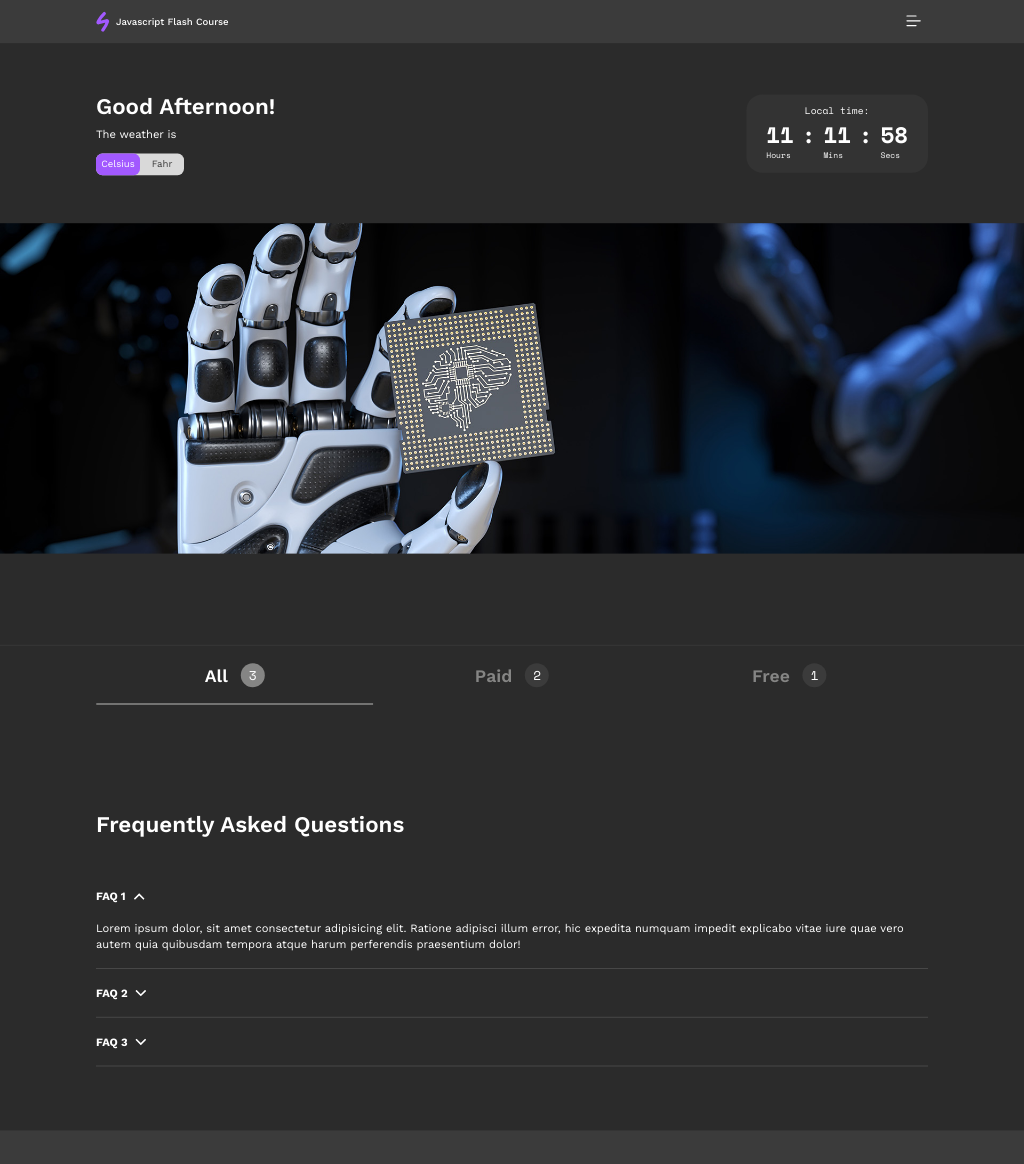
Repository: GettieSirma/JAVASCRIPT-TEST
Page: index.html
An editor plug-in stored every save of this project. The page is shown before and after the next save, followed by the edit.
The browser window is 1280 px wide. The pictures show the whole page, at 80% of full size.

Above is the page before, as saved 2024-04-24 12:10:38.

### index.html
<!DOCTYPE html>
<html lang="en">

<head>
    <meta charset="UTF-8" />
    <meta http-equiv="X-UA-Compatible" content="IE=edge" />
    <meta name="viewport" content="width=device-width, initial-scale=1.0" />
    <title>Javascript Flash Course</title>
    <link rel="stylesheet" href="./main.css" />
    <link rel="preconnect" href="https://fonts.googleapis.com" />
    <link rel="preconnect" href="https://fonts.gstatic.com" crossorigin />
    <link href="https://fonts.googleapis.com/css2?family=Space+Mono:ital,wght@0,400;0,700;1,400;1,700&family=Work+Sans:ital,wght@0,100;0,200;0,300;0,400;0,500;0,600;0,700;0,800;0,900;1,100;1,200;1,300;1,400;1,500;1,600;1,700;1,800;1,900&display=swap" rel="stylesheet"
    />
</head>

<body>
    <header>
        <nav class="container">
            <div class="nav-left-side">
                <svg width="17" height="26" viewBox="0 0 17 26" fill="none" xmlns="http://www.w3.org/2000/svg">
            <path
              d="M10.309 2.90741C10.309 2.90741 4.29997 8.73841 2.526 13.9214C2.40313 14.2804 2.73267 14.6124 3.10045 14.5192L13.2394 11.9481C13.9358 11.7715 14.5723 12.3638 14.368 13.0525C12.9552 17.8149 8.62911 23.5897 8.62911 23.5897"
              stroke="#A259FF"
              stroke-width="4"
              stroke-linecap="round"
              stroke-linejoin="round"
            />
          </svg>

                <a href="/">Javascript Flash Course</a>
            </div>

            <button id="open-nav-menu">
          <svg
            width="24"
            height="24"
            viewBox="0 0 24 24"
            fill="none"
            xmlns="http://www.w3.org/2000/svg"
          >
            <path
              fill-rule="evenodd"
              clip-rule="evenodd"
              d="M3 12C3 11.5858 3.33579 11.25 3.75 11.25H20.25C20.6642 11.25 21 11.5858 21 12C21 12.4142 20.6642 12.75 20.25 12.75H3.75C3.33579 12.75 3 12.4142 3 12Z"
              fill="white"
            />
            <path
              fill-rule="evenodd"
              clip-rule="evenodd"
              d="M3 6C3 5.58579 3.33579 5.25 3.75 5.25H15C15.4142 5.25 15.75 5.58579 15.75 6C15.75 6.41421 15.4142 6.75 15 6.75H3.75C3.33579 6.75 3 6.41421 3 6Z"
              fill="white"
            />
            <path
              fill-rule="evenodd"
              clip-rule="evenodd"
              d="M3 18C3 17.5858 3.33579 17.25 3.75 17.25H15C15.4142 17.25 15.75 17.5858 15.75 18C15.75 18.4142 15.4142 18.75 15 18.75H3.75C3.33579 18.75 3 18.4142 3 18Z"
              fill="white"
            />
          </svg>
        </button>

            <div class="wrapper">
                <ul>
                    <li>
                        <button id="close-nav-menu">
                <svg
                  width="47"
                  height="47"
                  viewBox="0 0 47 47"
                  fill="none"
                  xmlns="http://www.w3.org/2000/svg"
                >
                  <path
                    d="M11.7505 11.7495L35.2505 35.2495"
                    stroke="#A259FF"
                    stroke-width="6"
                  />
                  <path
                    d="M35.2502 11.7502L11.7502 35.2502"
                    stroke="#A259FF"
                    stroke-width="6"
                  />
                </svg>
              </button>
                    </li>
                    <li><a href="#home">Home</a></li>
                    <li><a href="#gallery">Gallery</a></li>
                    <li><a href="#products">Products</a></li>
                    <li><a href="#faqs">FAQs</a></li>
                    <li class="socials">
                        <p>Join our community</p>

                        <div>
                            <a href="#">
                                <img src="./assets/socials/DiscordLogo.png" alt="Discord logo" />
                            </a>
                            <a href="#">
                                <img src="./assets/socials/YoutubeLogo.png" alt="Youtube logo" />
                            </a>
                            <a href="#">
                                <img src="./assets/socials/TwitterLogo.png" alt="Twitter logo" />
                            </a>
                            <a href="#">
                                <img src="./assets/socials/InstagramLogo.png" alt="Instagram logo" />
                            </a>
                        </div>
                    </li>
                </ul>
            </div>
        </nav>
    </header>

    <main>
        <section id="home" class="container greeting-section">
            <div class="left-side">
                <h1 id="greeting">Good Afternoon!</h1>
                <p id="weather">The weather is</p>
                <div class="weather-group">
                    <input type="radio" checked="true" id="celsius" name="temperature" />
                    <label for="celsius">Celsius</label>
                    <input type="radio" id="fahr" name="temperature" />
                    <label for="fahr">Fahr</label>
                </div>
            </div>

            <div class="right-side">
                <p>Local time:</p>
                <div class="local-time">
                    <div class="time-holder">
                        <span data-time="hours" class="time-number"></span>
                        <span class="time-letter">Hours</span>
                    </div>
                    <span class="time-divider">:</span>
                    <div class="time-holder">
                        <span data-time="minutes" class="time-number"></span>
                        <span class="time-letter">mins</span>
                    </div>
                    <span class="time-divider">:</span>
                    <div class="time-holder">
                        <span data-time="seconds" class="time-number"></span>
                        <span class="time-letter">secs</span>
                    </div>
                </div>
            </div>
        </section>

        <section id="gallery" class="gallery-section">
            <img src="assets/gallery/image1.jpg " alt="" />

            <div class="thumbnails">

            </div>
        </section>

        <section id="products" class="container products-section">
            <div class="products-filter">
                <input type="radio" checked="true" id="all" name="products" />
                <label for="all">
            All
            <span class="product-amount">3</span>
          </label>
                <input type="radio" id="paid" name="products" />
                <label for="paid">

            Paid
            <span class="product-amount">2</span>
          </label>
                <input type="radio" id="free" name="products" />
                <label for="free">
            Free
            <span class="product-amount">1</span>
          </label>

                <span class="glider"></span>
            </div>

            <div class="products-area">

            </div>

        </section>

        <section id="faqs" class="container faqs-section">
            <h3>Frequently Asked Questions</h3>

            <details open>
                <summary>FAQ 1</summary>

                <p>
                    Lorem ipsum dolor, sit amet consectetur adipisicing elit. Ratione adipisci illum error, hic expedita numquam impedit explicabo vitae iure quae vero autem quia quibusdam tempora atque harum perferendis praesentium dolor!
                </p>
            </details>

            <details>
                <summary>FAQ 2</summary>

                <p>
                    Consequuntur earum pariatur dolorem repellat temporibus ducimus sunt suscipit repudiandae cupiditate in accusantium recusandae tempora sint eligendi, perferendis aspernatur architecto voluptas laborum adipisci neque voluptates consequatur.
                </p>
            </details>

            <details>
                <summary>FAQ 3</summary>

                <p>
                    Consequuntur earum pariatur dolorem repellat temporibus ducimus sunt suscipit repudiandae cupiditate in accusantium recusandae tempora sint eligendi, perferendis aspernatur architecto voluptas laborum adipisci neque voluptates consequatur.
                </p>
            </details>
        </section>
    </main>

    <footer></footer>

    <script>
        // Get the elements representing the time
        const hoursElement = document.querySelector('[data-time="hours"]');
        const minutesElement = document.querySelector('[data-time="minutes"]');
        const secondsElement = document.querySelector('[data-time="seconds"]');

        // Function to update the clock
        function updateClock() {
            const now = new Date();
            const hours = now.getHours();
            const minutes = now.getMinutes();
            const seconds = now.getSeconds();

            // Pad single digit hours, minutes, and seconds with leading zero
            const paddedHours = String(hours).padStart(2, '0');
            const paddedMinutes = String(minutes).padStart(2, '0');
            const paddedSeconds = String(seconds).padStart(2, '0');

            // Update the time on the page
            hoursElement.textContent = paddedHours;
            minutesElement.textContent = paddedMinutes;
            secondsElement.textContent = paddedSeconds;
        }

        // Call updateClock() once to immediately display the current time
        updateClock();

        // Update the clock every second
        setInterval(updateClock, 1000);
        // Function to fetch weather data and location
        async function fetchWeatherAndLocation() {
            try {
                // Replace 'YOUR_API_KEY' with your actual OpenWeatherMap API key
                const apiKey = 'YOUR_API_KEY';
                // Get user's location using the Geolocation API
                navigator.geolocation.getCurrentPosition(async position => {
                    const {
                        latitude,
                        longitude
                    } = position.coords;
                    // Fetch location data using latitude and longitude
                    const locationResponse = await fetch(`https://api.openweathermap.org/geo/1.0/reverse?lat=${latitude}&lon=${longitude}&appid=${apiKey}`);
                    const locationData = await locationResponse.json();
                    // Extract city name from location data
                    const city = locationData[0].name;
                    // Fetch weather data using latitude and longitude
                    const weatherResponse = await fetch(`https://api.openweathermap.org/data/2.5/weather?lat=${latitude}&lon=${longitude}&appid=${apiKey}&units=metric`);
                    const weatherData = await weatherResponse.json();
                    // Update weather, location, and temperature information on the page
                    const greetingElement = document.getElementById('greeting');
                    const locationElement = document.getElementById('location');
                    const weatherElement = document.getElementById('weather');
                    const temperatureElement = document.getElementById('temperature');
                    if (greetingElement && locationElement && weatherElement && temperatureElement) {
                        const temperature = weatherData.main.temp;
                        const description = weatherData.weather[0].description;
                        greetingElement.textContent = `Good Afternoon, ${city}!`;
                        locationElement.textContent = `You are currently in ${city}`;
                        weatherElement.textContent = `The weather is ${description}`;
                        temperatureElement.textContent = `Temperature: ${temperature}°C`;
                    }
                });
            } catch (error) {
                console.error('Error fetching weather data:', error);
            }
        }

        // Call fetchWeatherAndLocation() to fetch weather data and location information and update the page
        fetchWeatherAndLocation();
    </script>

</body>

</html>

Loaded but not shown: main.css (490 lines, source omitted)

After the next save:
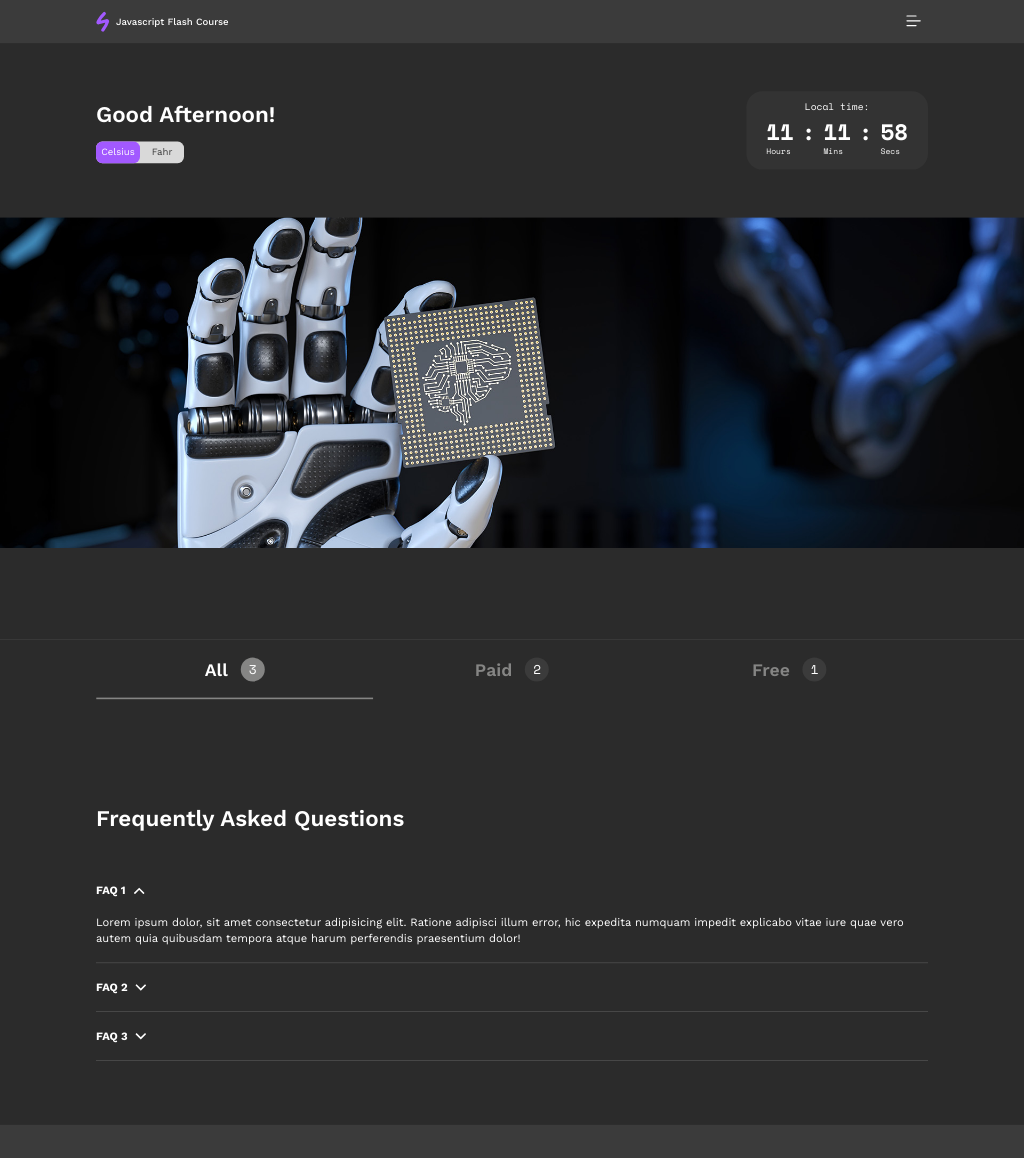
Saved 64 s later.
--- a/index.html
+++ b/index.html
@@ -114,7 +114,7 @@
         <section id="home" class="container greeting-section">
             <div class="left-side">
                 <h1 id="greeting">Good Afternoon!</h1>
-                <p id="weather">The weather is</p>
+                <p id="weather"></p>
                 <div class="weather-group">
                     <input type="radio" checked="true" id="celsius" name="temperature" />
                     <label for="celsius">Celsius</label>

After the 2 saves that followed:
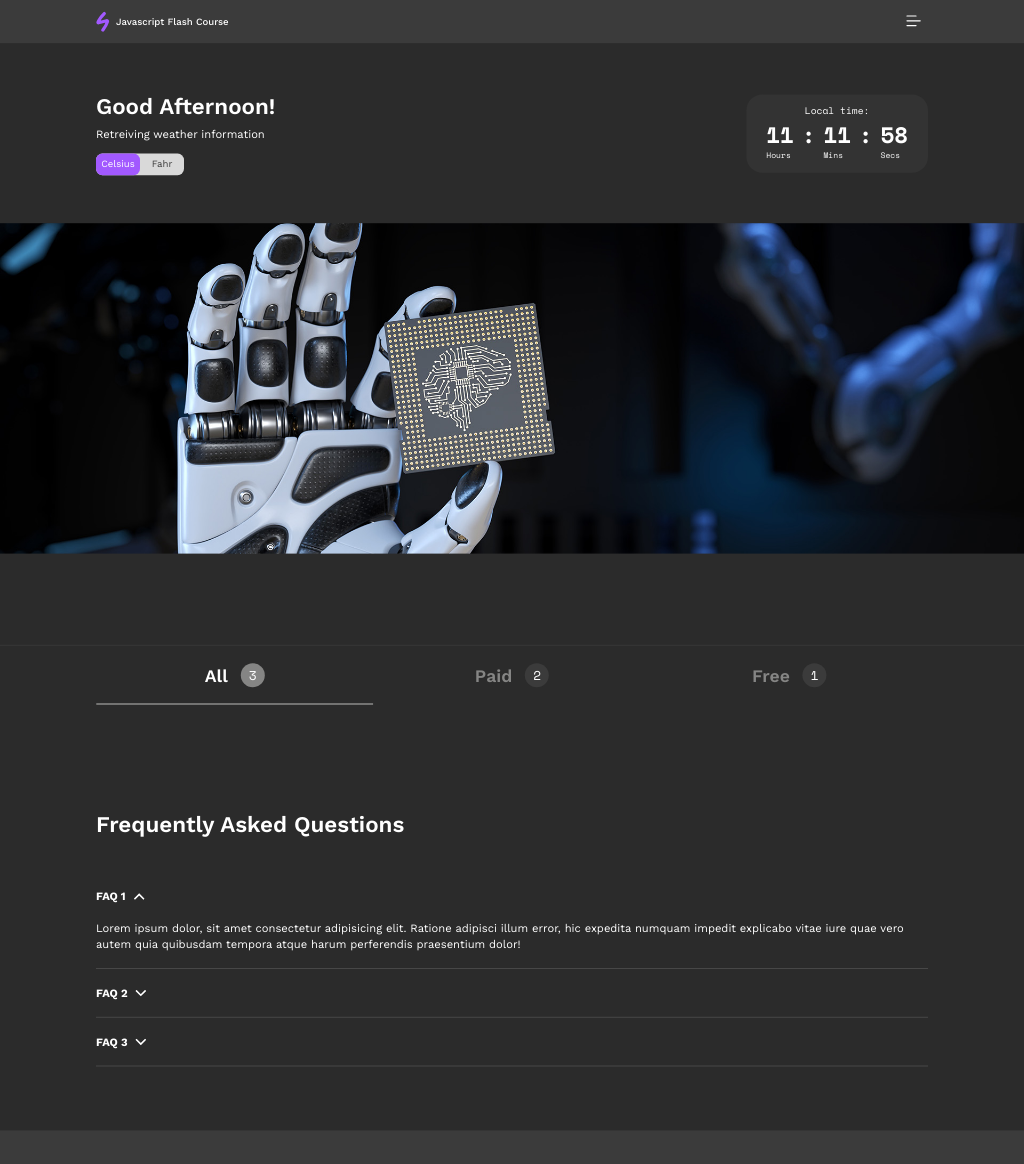
The 2 saves are shown as one change because they came seconds apart.
The last was saved 12 s later.
--- a/index.html
+++ b/index.html
@@ -114,7 +114,7 @@
         <section id="home" class="container greeting-section">
             <div class="left-side">
                 <h1 id="greeting">Good Afternoon!</h1>
-                <p id="weather"></p>
+                <p id="weather">Retreiving weather information</p>
                 <div class="weather-group">
                     <input type="radio" checked="true" id="celsius" name="temperature" />
                     <label for="celsius">Celsius</label>
